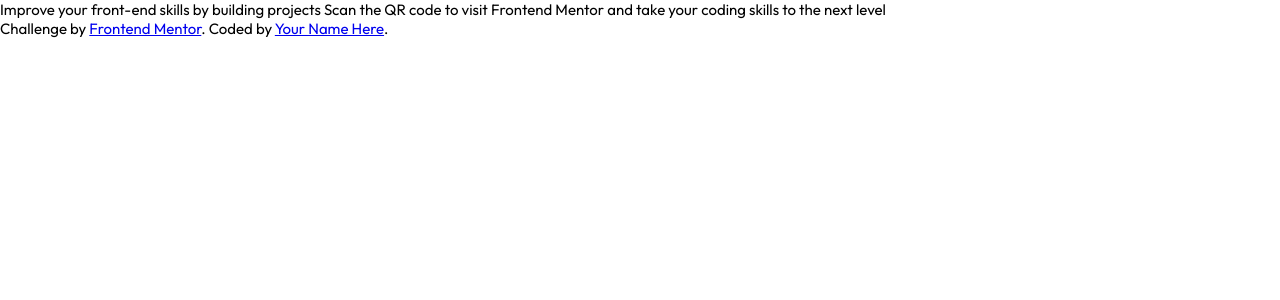
Repository: thaibaocoder1/qr-code-component
Page: index.html
An editor plug-in stored every save of this project. The page is shown before and after a run of saves, followed by the edit.
The browser window is 1280 px wide. The pictures show the whole page.

Above is the page before, as saved 2023-01-05 14:51:37.

### index.html
<!DOCTYPE html>
<html lang="en">
<head>
  <meta charset="UTF-8">
  <meta name="viewport" content="width=device-width, initial-scale=1.0">
  <link rel="icon" type="image/png" sizes="32x32" href="./images/favicon-32x32.png">
  <title>Frontend Mentor | QR code component</title>
  <link rel="stylesheet" href="./styles.css">
  <link rel="preconnect" href="https://fonts.googleapis.com">
  <link rel="preconnect" href="https://fonts.gstatic.com" crossorigin>
  <link href="https://fonts.googleapis.com/css2?family=Outfit:wght@400;700&display=swap" rel="stylesheet">
</head>
<body>

  Improve your front-end skills by building projects

  Scan the QR code to visit Frontend Mentor and take your coding skills to the next level

  <div class="attribution">
    Challenge by <a href="https://www.frontendmentor.io?ref=challenge" target="_blank">Frontend Mentor</a>.
    Coded by <a href="#">Your Name Here</a>.
  </div>
</body>
</html>

### styles.css
* {
    margin: 0;
    padding: 0;
    box-sizing: border-box;
    border: none;
    outline: none;
    transition: all 0.2s linear;
}
body {
    font-family: "Outfit", sans-serif;
    font-size: 15px;
    text-rendering: optimizeLegibility;
    scroll-behavior: smooth;
}
:root {
    --white: hsl(0, 0%, 100%);
    --light-gray: hsl(212, 45%, 89%);
    --grayish-blue: hsl(220, 15%, 55%);
    --dark-blue: hsl(218, 44%, 22%);
    --main-color: hsl(228, 45%, 44%);
}
img {
    max-width: 100%;
}

After the next 4 saves:
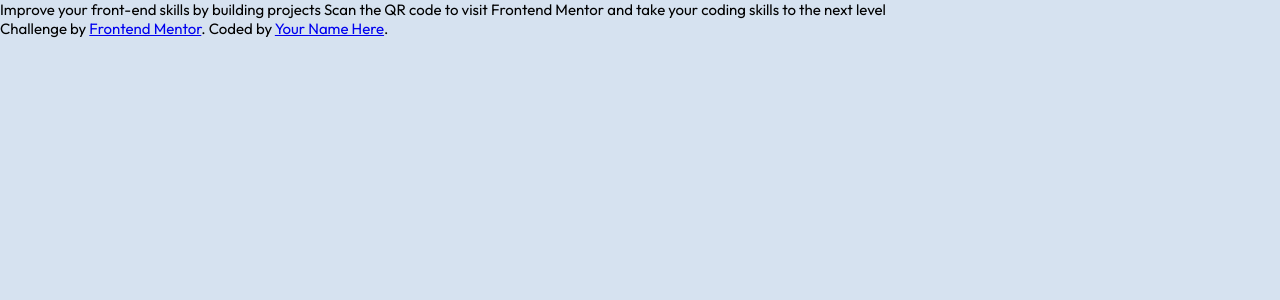
The 4 saves are shown as one change because they came seconds apart.
The last was saved 15 s later.
--- a/styles.css
+++ b/styles.css
@@ -11,6 +11,7 @@
     font-size: 15px;
     text-rendering: optimizeLegibility;
     scroll-behavior: smooth;
+    background-color: var(--light-gray);
 }
 :root {
     --white: hsl(0, 0%, 100%);
